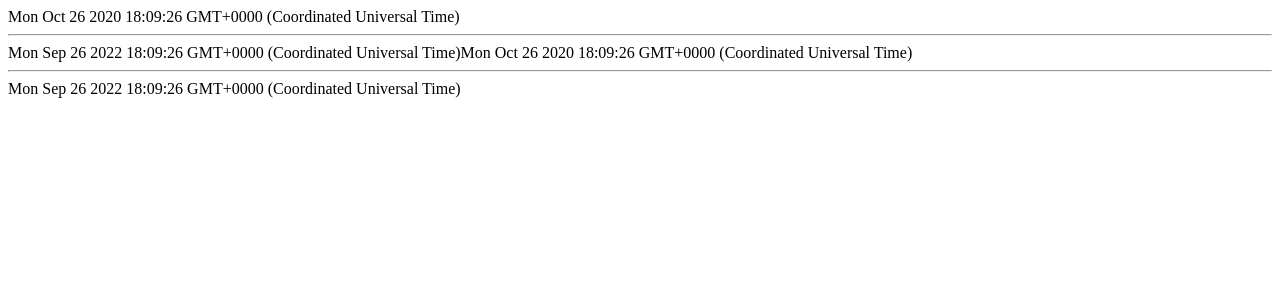
Repository: TeoNogueira/Aulas-Udemy-DevFull-Stack-Por-Jamilton-Damasceno-e-Jorge-Sant-Ana-
Page: public_project/JavaScript/function_native_datas.html
The author's editor kept a copy of each file at every save. The page is drawn from the files as they stood at one save, then again after the next save.
The browser window is 1280 px wide. The pictures show the whole page.

Above is the page before, as saved 2020-10-26 19:29:34.

After the next save:
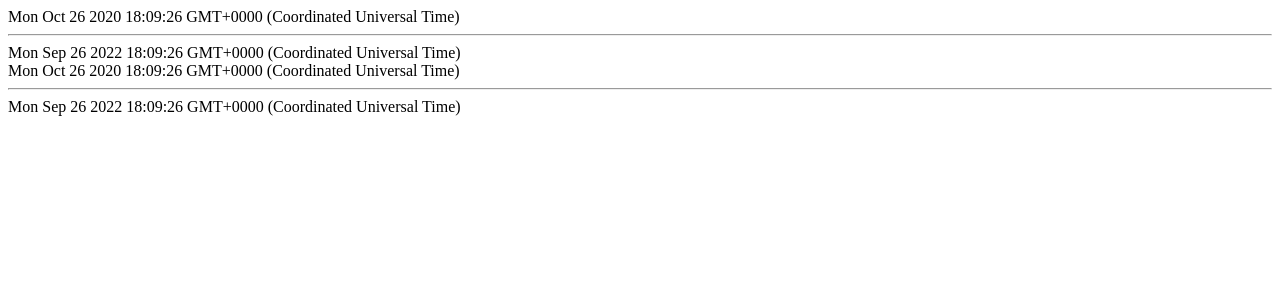
Saved 21 s later.
--- a/public_project/JavaScript/function_native_datas.html
+++ b/public_project/JavaScript/function_native_datas.html
@@ -28,7 +28,7 @@ document.write('<hr />')
 
 document.write(data.toString())
 
-
+document.write('<br />')
 // --------------x-----------x-------------x----------------------------------------------------------------
 
 
